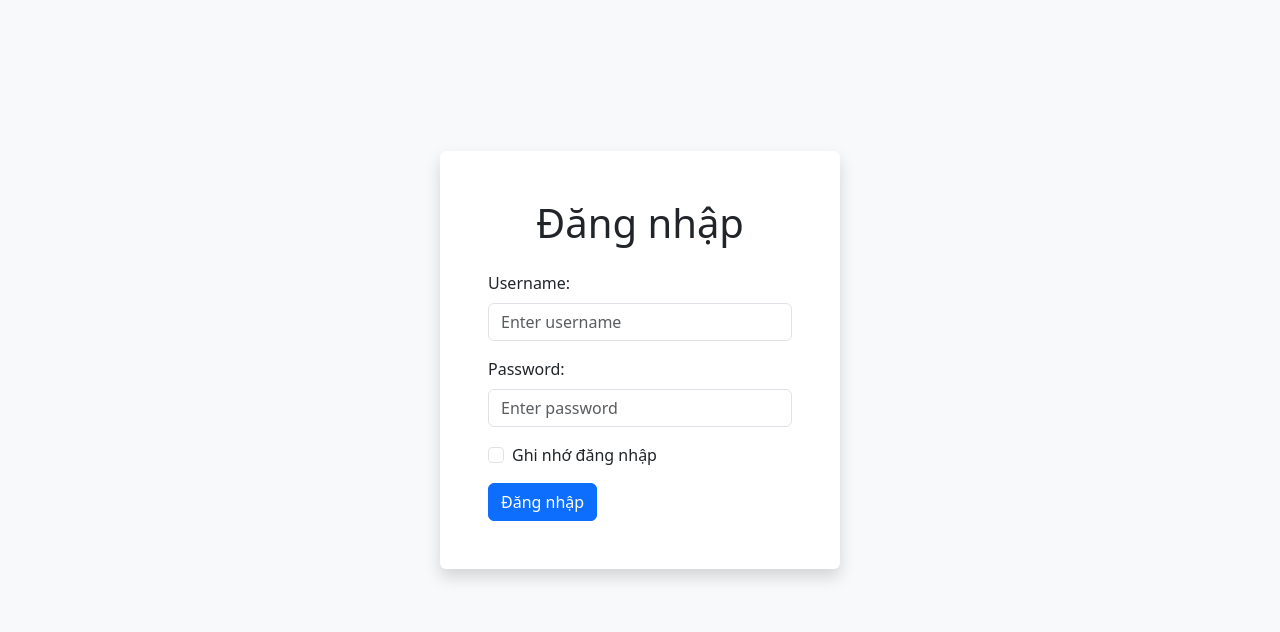
Repository: manhtdxxx/Tour-Booking-Webapp
Page: http://localhost/bookingTour/login.jsp
These files come from the project's save history. The page is drawn as it stood at one moment and after the next save; the edit follows.
The browser window is 1280 px wide. The pictures show the whole page.
The page is served by Tomcat 9.

Above is the page before, as saved 2024-11-08 11:17:57.

After the next save:
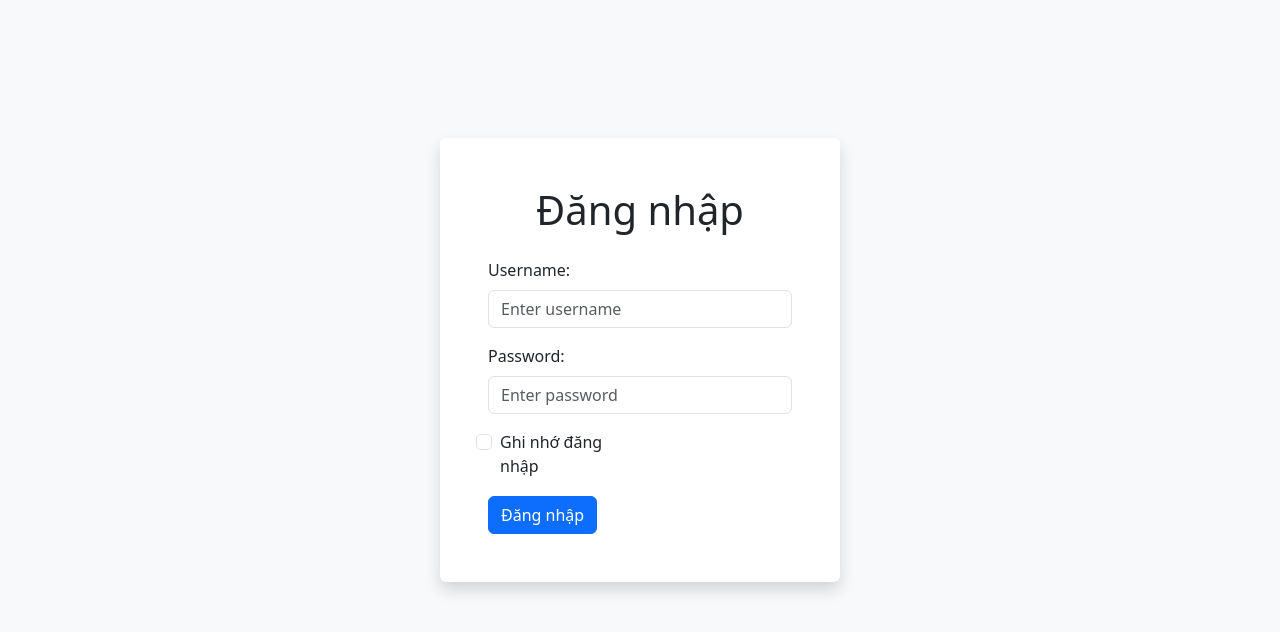
Saved 3 min 44 s later.
--- a/bookingTour/src/main/webapp/login.jsp
+++ b/bookingTour/src/main/webapp/login.jsp
@@ -20,6 +20,7 @@
 </head>
 
 <body class="d-flex align-items-center justify-content-center vh-100 bg-light">
+
 	<div class="container bg-white p-5 rounded shadow" style="max-width: 400px;">
 		<h1 class="text-center mb-4">Đăng nhập</h1>
 		<form action="do-login">
@@ -31,15 +32,21 @@
 				<label for="password" class="form-label">Password:</label> <input type="password"
 					class="form-control" id="password" placeholder="Enter password" name="password" required>
 			</div>
-			<div class="form-check mb-3">
-				<input class="form-check-input" type="checkbox" name="remember" id="remember"> <label
-					class="form-check-label" for="remember">Ghi nhớ đăng nhập</label>
+			<div class="row mb-3">
+				<div class="form-check col-md-6">
+					<input class="form-check-input" type="checkbox" name="remember" id="remember"> <label
+						class="form-check-label" for="remember">Ghi nhớ đăng nhập</label>
+				</div>
+				<div class="col-md-6">
+
+				</div>
 			</div>
-			<div>
-				<button type="submit" class="btn btn-primary">Đăng nhập</button>
-			</div>
+
+			<button type="submit" class="btn btn-primary">Đăng nhập</button>
+
 		</form>
 	</div>
+
 </body>
 
 </html>
